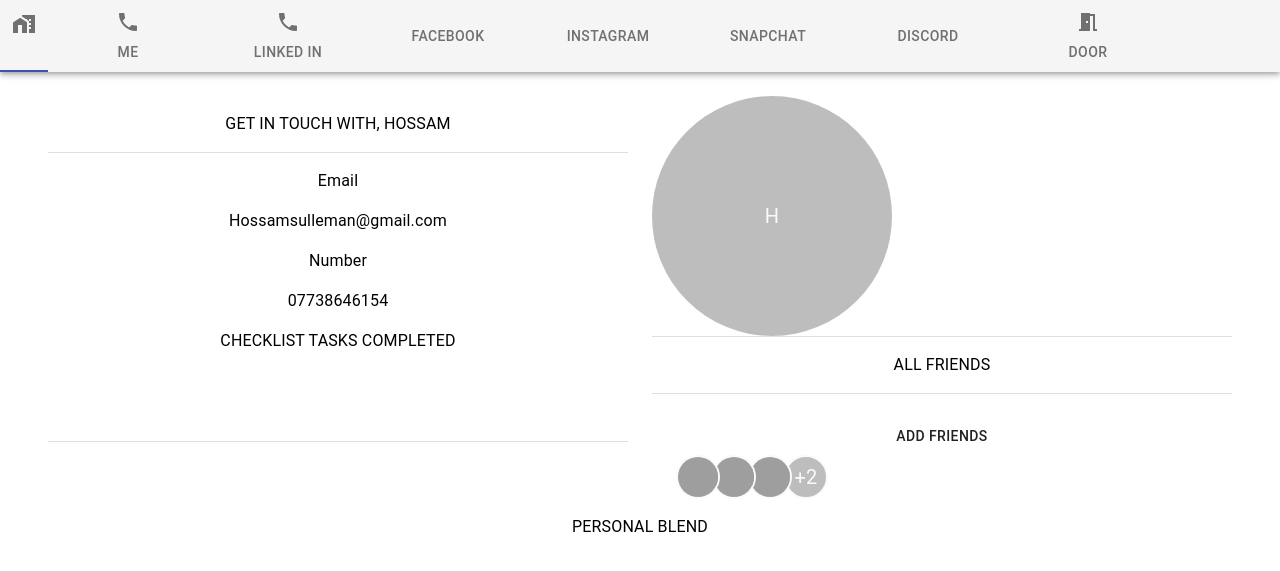
Repository: hossamsulleman1/CONTACTME
Page: / (app in my-app/)
An editor plug-in stored every save of this project. The page is shown before and after the next save, followed by the edit.
The browser window is 1280 px wide. The pictures show the whole page.
Pictures or frames that could not be fetched are drawn as grey boxes. The project was rebuilt for these pictures with package versions that can differ from the ones it lists, and the page was loaded fresh each time. Also part of the build but not shown: my-app/src/Components/PageProp.jsx.

Above is the page before, as saved 2020-11-08 11:01:45.

After the next save:
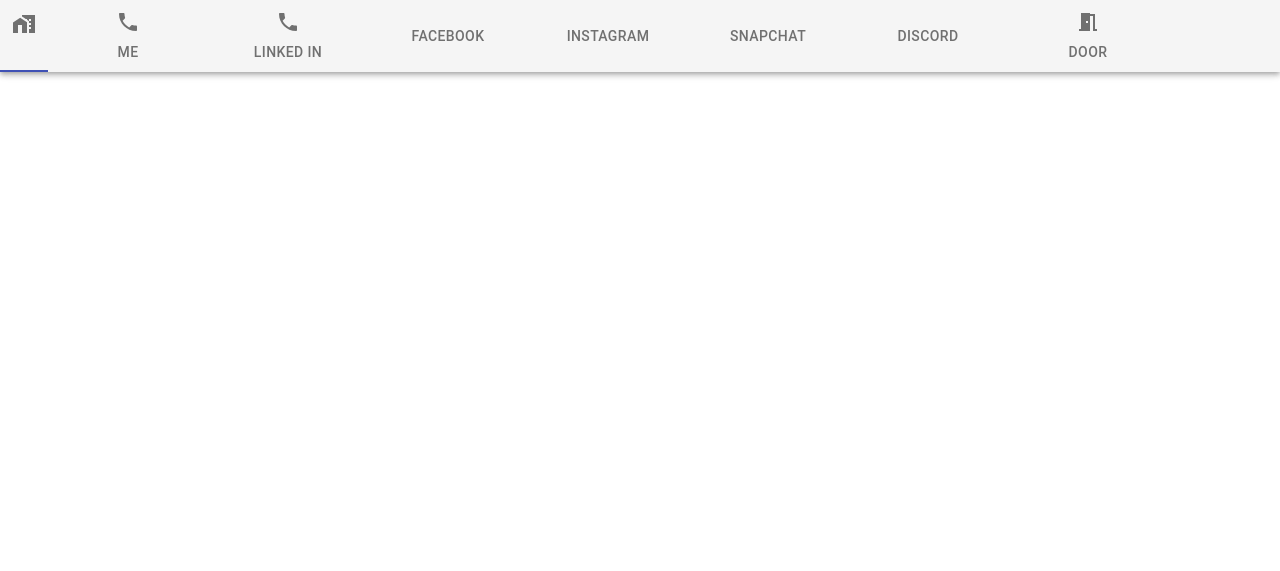
Saved 86 s later.
--- a/my-app/src/Components/IconNav.jsx
+++ b/my-app/src/Components/IconNav.jsx
@@ -94,7 +94,7 @@ export default function IconNav() {
         </Tabs>
       </AppBar>
       <TabPanel value={value} index={0}>
-        <Content></Content>
+
       </TabPanel>
       <TabPanel value={value} index={1}>
         <PageProp name="Linked In"></PageProp>
